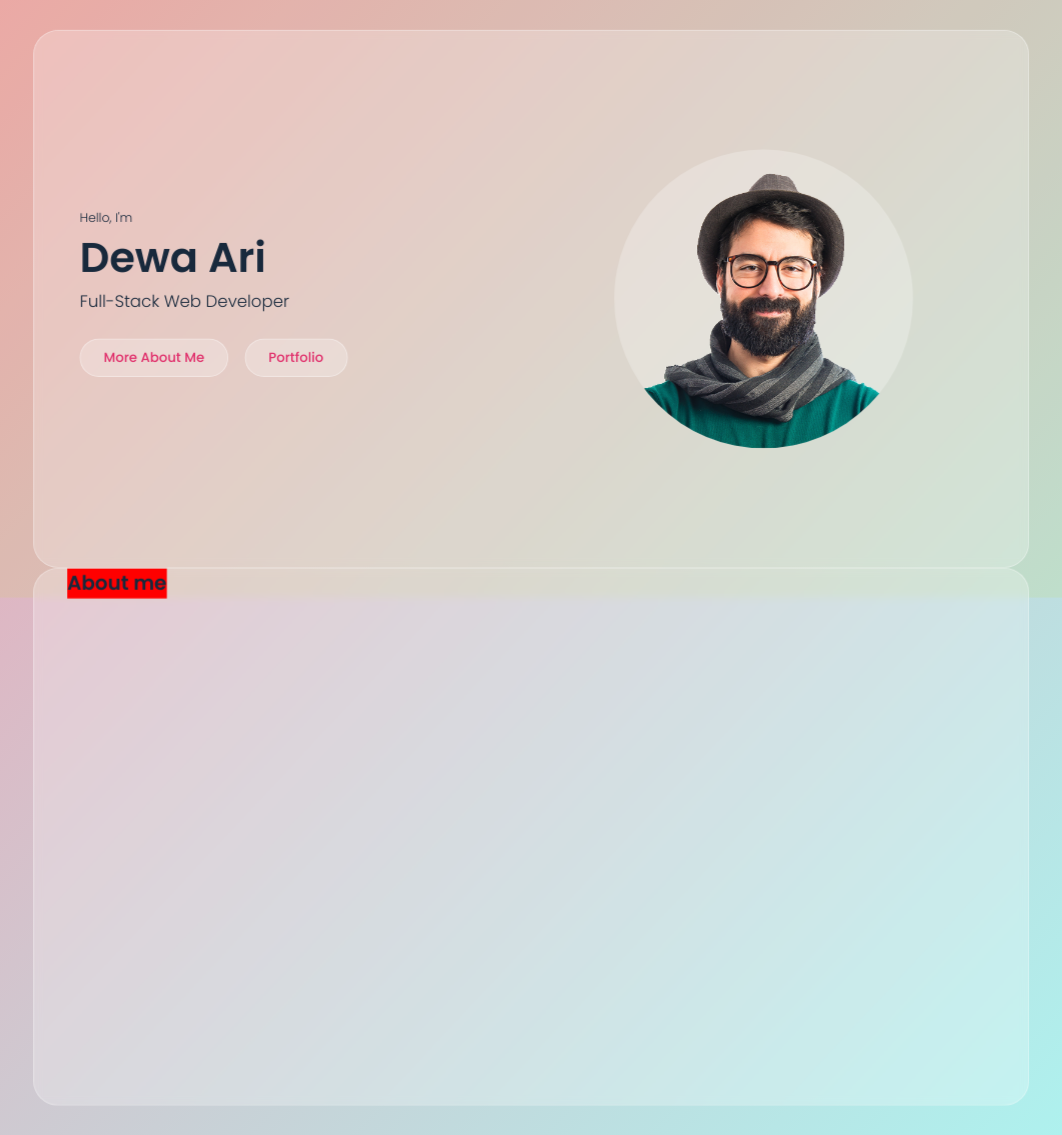
Repository: dewaary/Glassmorp-me
Page: index.html
The author's editor kept a copy of each file at every save. The page is drawn from the files as they stood at one save, then again after the next save.
The browser window is 1280 px wide. The pictures show the whole page, at 83% of full size.

Above is the page before, as saved 2021-05-25 12:54:04.
Not found: js/script,js

### index.html
<!DOCTYPE html>
<html lang="en">

<head>
    <meta charset="UTF-8">
    <meta http-equiv="X-UA-Compatible" content="IE=edge">
    <meta name="viewport" content="width=device-width, initial-scale=1.0">
    <link rel="stylesheet" href="style.css">
    <title>Document</title>
</head>

<body>
    <div class="main">
        <section class="home-section align-items-center">
            <div class="container">
                <div class="row align-items-center">
                    <div class="home-text">
                        <p>Hello, I'm</p>
                        <h1>Dewa Ari</h1>
                        <h2>Full-Stack Web Developer</h2>
                        <a href="#" class="btn">more about me</a>
                        <a href="#" class="btn">portfolio</a>
                    </div>
                    <div class="home-img">
                        <div class="img-box">
                            <img src="img/profile-img.png" alt="profile-img">
                        </div>
                    </div>
                </div>
            </div>
        </section>

<!-- About Section -->
        <section class="about-section sec-padding">
            <div class="container">
                <div class="row">
                    <div class="section-title">
                        <h2>About me</h2>
                    </div>
                </div>
            </div>
        </section>

    </div>
    <script src="js/script,js"></script>
</body>

</html>

### style.css
/* Fonts */
@import url("https://fonts.googleapis.com/css2?family=Poppins:wght@300;400;500;600;700&display=swap");

/* Variables */

:root {
  --main-color: #e02f6b;
  --blue: #0000ff;
  --blue-dark: #18293c;
  --orange: #ffa500;
  --green-yellow: #cddc39;
  --pink-light: #efa2b4;
  --cyan-light: #aef1ee;
  --white: #ffffff;
  --white-alpha-40: rgba(255, 255, 255, 0.4);
  --white-alpha-25: rgba(255, 255, 255, 0.25);
  --backdrop-filter-blur: blur(5px);
}

* {
  box-sizing: border-box;
  padding: 0;
  margin: 0;
  outline: none;
}

::before,
::after {
  box-sizing: border-box;
}

body {
  min-height: 100vh;
  background-image: linear-gradient(
    to bottom right,
    var(--pink-light),
    var(--cyan-light)
  );
  font-size: 16px;
  font-family: "Poppins", sans-serif;
  font-weight: 300;
  color: var(--blue-dark);
  line-height: 1.5;
  overflow-x: hidden;
  -webkit-tap-highlight-color: transparent;
  padding: 5vh 15px;
}

body::before {
  content: "";
  position: fixed;
  left: 0;
  top: 0;
  height: 100%;
  width: 100%;
  background-color: var(--green-yellow);
  z-index: -1;
  opacity: 0.12;
}

a {
  text-decoration: none;
}

h1,
h2 {
  font-weight: 600;
}

h3,
h4,
h5,
h6 {
  font-weight: 500;
}

img {
  max-width: 100%;
  vertical-align: middle;
}

section {
  background-color: var(--white-alpha-25);
  border: 1px solid var(--white-alpha-40);
  min-height: 90vh;
  border-radius: 30px;
  backdrop-filter: var(--backdrop-filter-blur);
}

.main {
  max-width: 1200px;
  margin: auto;
}

.row {
  display: flex;
  flex-wrap: wrap;
}

.container {
  padding: 0 40px;
  width: 100%;
}

.align-items-center {
  align-items: center;
}

.hidden{
  display: none !important;
}

/* Section Tittle */
.section-title {
  background-color: red;
}


/* Custome Scroolbar */

::-webkit-scrollbar{
  width: 5px;
}

::-webkit-scrollbar-track{
  background-color: var(--white);
}

::-webkit-scrollbar-thumb {
  background-color: var(--main-color);
}

/*
Buttons */

.btn {
  line-height: 1.5;
  background-color: var(--white-alpha-25);
  border: 1px solid var(--white-alpha-40);
  padding: 10px 28px;
  display: inline-block;
  border-radius: 30px;
  color: var(--main-color);
  font-weight: 500;
  text-transform: capitalize;
  font-family: inherit;
  font-size: 16px;
  cursor: pointer;
  user-select: none;
  position: relative;
  overflow: hidden;
  vertical-align: middle;
  transition: width 0.3s ease;
}

.btn::before {
  content: "";
  position: absolute;
  left: 0;
  top: 0;
  height: 100%;
  width: 0%;
  background-color: var(--main-color);
  z-index: -1;
  transition: width 0.3s ease;
}

.btn:hover::before {
  width: 100%;
}
.btn:hover {
  color: var(--white);
}

/*
Home Section */

.home-section {
  display: flex;
  padding: 120px 0;
}

.home-text,
.home-img {
  width: 50%;
  padding: 15px;
}

.home-text p {
  font-size: 15px;
}

.home-text h2 {
  font-size: 20px;
  text-transform: capitalize;
  font-weight: 300;
  margin: 0 0 30px;
}

.home-text .btn {
  margin: 0 15px 15px 0;
}

.home-text h1 {
  font-size: 50px;
  text-transform: capitalize;
}

.home-img .img-box {
  max-width: 360px;
  background-color: var(--white-alpha-25);
  border-radius: 50%;
  background-color: var(--white-alpha-25);
  margin: auto;
}

.home-img .img-box img {
  width: 100%;
  border-radius: 50%;
}

After the next save:
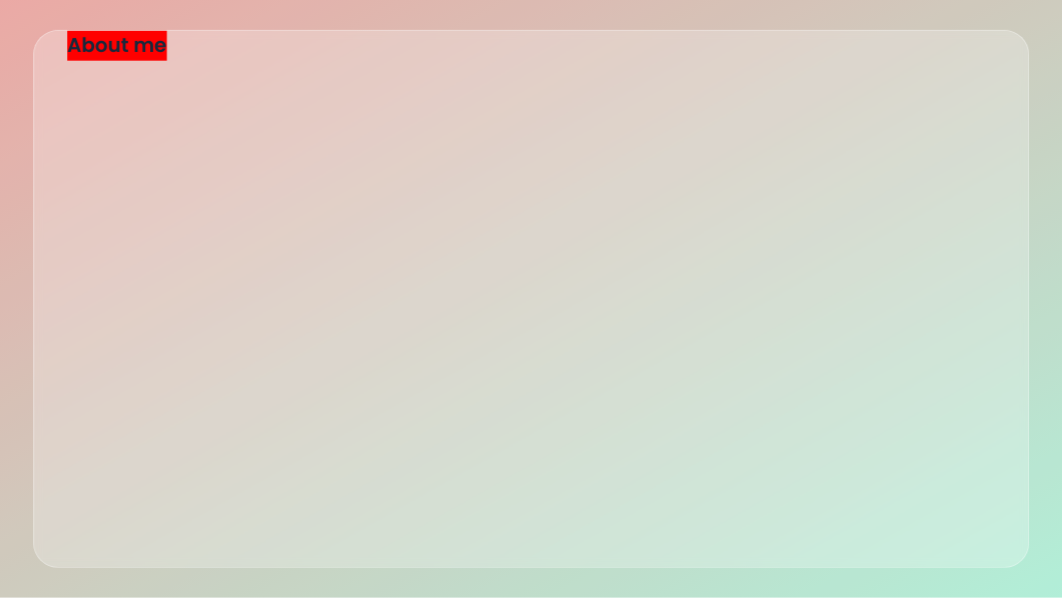
Saved 6 s later.
--- a/index.html
+++ b/index.html
@@ -11,7 +11,7 @@
 
 <body>
     <div class="main">
-        <section class="home-section align-items-center">
+        <section class="home-section align-items-center hidden">
             <div class="container">
                 <div class="row align-items-center">
                     <div class="home-text">
